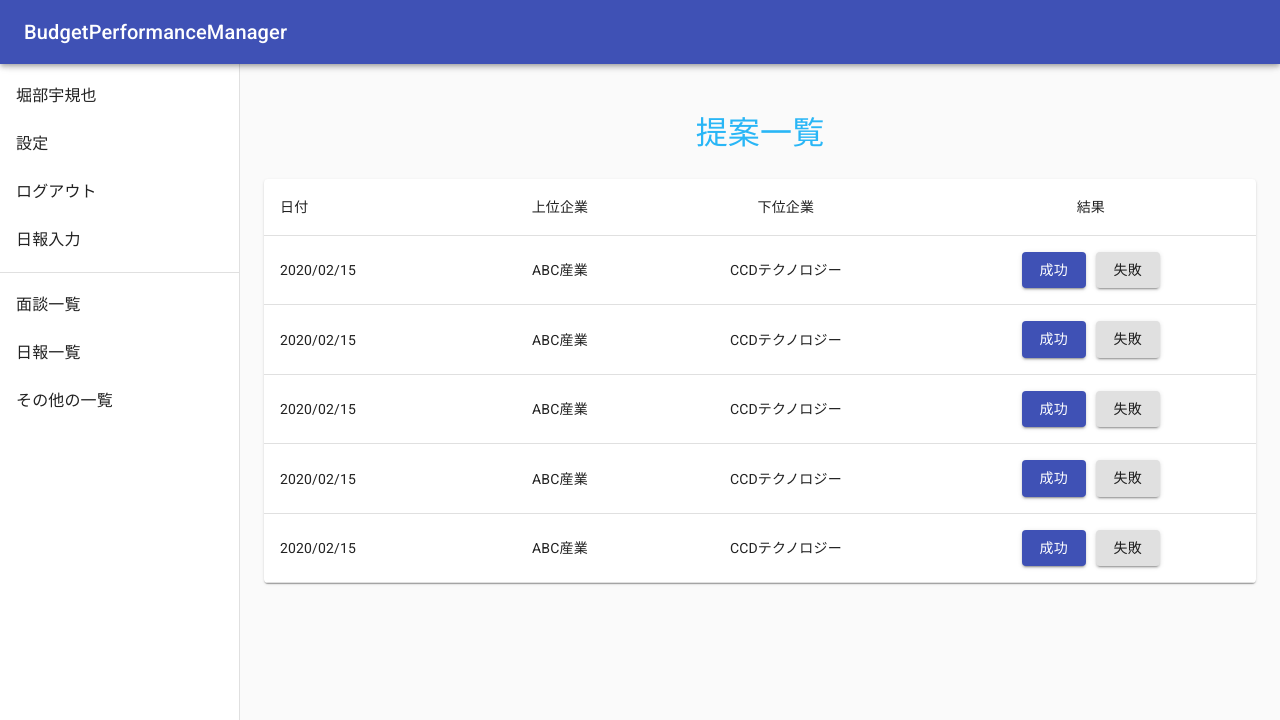
Repository: ukiyah/test
Page: / (app in src/)
The author's editor kept a copy of each file at every save. The page is drawn from the files as they stood at one save, then again after the next save.
The browser window is 1280 px wide. The pictures show the whole page.
The project was rebuilt for these pictures with package versions that can differ from the ones it lists, and the page was loaded fresh each time. Also part of the build but not shown: src/material-dashboard-react.js, src/Navbars/ref_AdminNavbarLinks/customInputStyle.js, src/Navbars/ref_AdminNavbarLinks/CustomInput.js, src/Navbars/ref_AdminNavbarLinks/buttonStyle.js, src/Navbars/ref_AdminNavbarLinks/Button.js, src/Navbars/ref_AdminNavbarLinks/dropdownStyle.js, src/Navbars/ref_AdminNavbarLinks/headerLinksStyle.js, src/Navbars/AdminNavbarLinks.js and 4 more.

Above is the page before, as saved 2020-02-21 11:53:29.

After the next save:
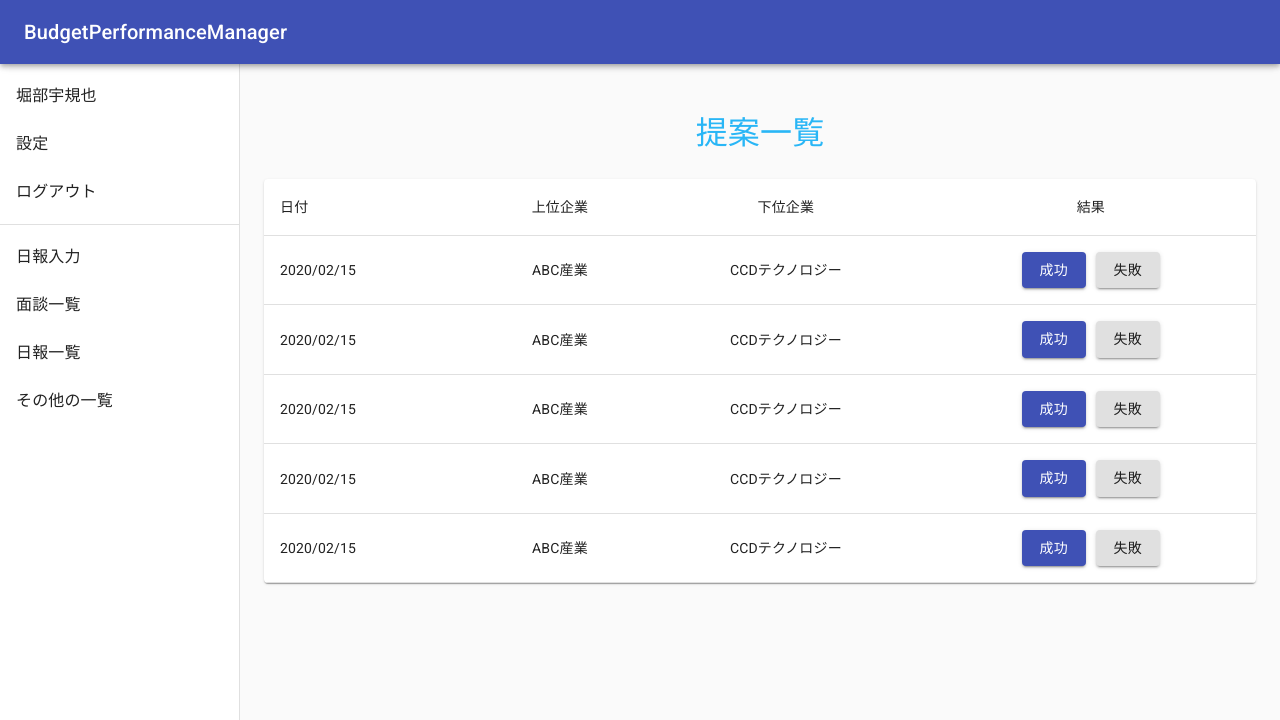
Saved 2 min 20 s later.
--- a/src/Drawer.js
+++ b/src/Drawer.js
@@ -59,7 +59,7 @@ export default function ClippedDrawer() {
       >
         <div className={classes.toolbar} />
         <List>
-          {['堀部宇規也', '設定', 'ログアウト', '日報入力'].map((text, index) => (
+          {['堀部宇規也', '設定', 'ログアウト'].map((text, index) => (
             <ListItem button key={text}>
               {/* <ListItemIcon>{index % 2 === 0 ? <InboxIcon /> : <MailIcon />}</ListItemIcon> */}
               <ListItemText primary={text}  />
@@ -68,7 +68,7 @@ export default function ClippedDrawer() {
         </List>
         <Divider />
         <List>
-          {['面談一覧', '日報一覧', 'その他の一覧'].map((text, index) => (
+          {['日報入力','面談一覧', '日報一覧', 'その他の一覧'].map((text, index) => (
             <ListItem button key={text}>
               {/* <ListItemIcon>{index % 2 === 0 ? <InboxIcon /> : <MailIcon />}</ListItemIcon> */}
               <ListItemText primary={text} />
